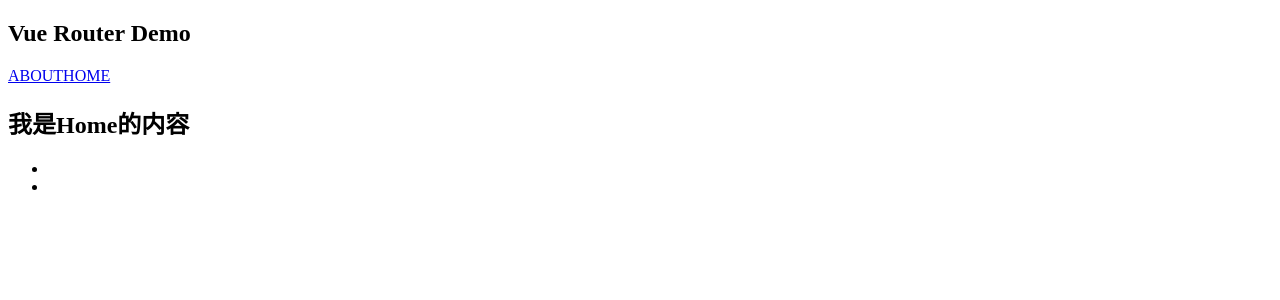
Repository: 13067902180/vue2.0study
Page: /#/home
These files come from the project's save history. The page is drawn as it stood at one moment and after the next save; the edit follows.
The browser window is 1280 px wide. The pictures show the whole page.
The project was rebuilt for these pictures with package versions that can differ from the ones it lists, and the page was loaded fresh each time. Also part of the build but not shown: vue.config.js, src/pages/About.vue.

Above is the page before, as saved 2023-03-03 15:32:44.

### public/index.html
<!DOCTYPE html>
<html lang="">
  <head>
    <meta charset="utf-8" />
    <!-- 针对ie浏览器的特殊配置，让ie最高级别渲染页面 -->
    <meta http-equiv="X-UA-Compatible" content="IE=edge" />
    <!-- 开启移动端的理想视口 -->
    <meta name="viewport" content="width=device-width,initial-scale=1.0" />
    <!-- 配置页签图标 <%= BASE_URL %> ==== ./ 怕打包出问题 指的是public所在的路径-->
    <link rel="icon" href="<%= BASE_URL %>favicon.ico" />
    <!-- 映入第三方样式 -->
    <!-- <link rel="stylesheet" href="<%= BASE_URL %>css/1.css" /> -->
    <!-- 配置网页图标  %= htmlWebpackPlugin.options.title % 是webpack里的插件1-->
    <title><%= htmlWebpackPlugin.options.title %></title>
  </head>
  <body>
    <!-- 如果浏览器不支持js 显示 支持就不渲染 -->
    <noscript>
      <strong
        >We're sorry but <%= htmlWebpackPlugin.options.title %> doesn't work
        properly without JavaScript enabled. Please enable it to
        continue.</strong
      >
    </noscript>

    <div id="app"></div>
    <!-- built files will be auto injected -->
  </body>
</html>
<!-- 整个页面的界面 -->

### src/main.js
//引入vue 精简版  正式版是vue.js dist/vue.js
import Vue from 'vue'
import VueRouter from 'vue-router'

//app所有组件的父组件
import App from './App.vue'
import router from './router'

Vue.use(VueRouter)

Vue.config.productionTip = false
// 创建vue实例对象  ---vm
new Vue({
  // 将app组件放入容器中
  render: h => h(App),

  router: router,
}).$mount('#app')

### src/App.vue
<template>
  <div>
    <div class="row">
      <Banner></Banner>
    </div>
    <div class="row">
      <div class="col-xs-offset-2 col-xs-2">
        <div class="list-group">
          <!-- 原始html中我们使用a标签实现页面跳转 -->
          <!-- <a href="./about.html" class="list-group-item active" >ABOUT</a> -->
          <!-- <a href="./home/html" class="list-group-item">HOME</a> -->
          <router-link class="list-group-item" active-class="active" to="/about"
            >ABOUT</router-link
          >
          <router-link class="list-group-item" active-class="active" to="/home"
            >HOME</router-link
          >
        </div>
      </div>
      <div class="col-xs-6">
        <div class="panel">
          <div class="panel-body">
            <!-- 指定组件的呈现位置 -->
            <router-view></router-view>
          </div>
        </div>
      </div>
    </div>
  </div>
</template>

<script>
// 引入组件  组件全放到components
import Banner from "./components/Banner.vue";
export default {
  name: "App",
  components: {
    Banner,
  },
};
</script>

<style>
</style>

### src/router/index.js
// 该文件专门用于创建整个应用的路由器


import VueRouter from "vue-router";
import About from '../pages/About.vue'
import Home from '../pages/Home.vue'
// 创建并暴露一个路由器
export default new VueRouter({
    routes: [{
        path: '/about',
        component: About,
    },
    {
        path: '/home',
        component: Home,
    },
    ]
})

### src/components/Banner.vue
<template>
  <div class="col-xs-offset-2 col-xs-8">
    <div class="page-header"><h2>Vue Router Demo</h2></div>
  </div>
</template>

<script>
export default {
  // eslint-disable-next-line vue/multi-word-component-names
  name: "Banner",
};
</script>

<style>
</style>

### src/pages/Home.vue
<template>
  <div>
    <h2>我是Home的内容</h2>
    <div>
      <ul>
        <li></li>
        <li></li>
      </ul>
    </div>
  </div>
</template>

<script>
export default {
  // eslint-disable-next-line vue/multi-word-component-names
  name: "Home",
  // beforeDestroy() {
  //   console.log("Home组件即将被销毁");
  // },
  // mounted() {
  //   console.log("Home组件挂载完毕");
  // },
};
</script>

<style>
</style>

After the next save:
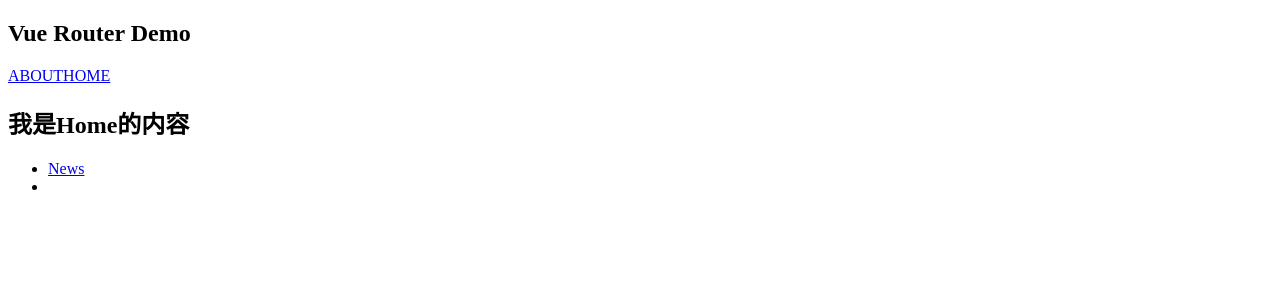
Saved 58 s later.
--- a/src/pages/Home.vue
+++ b/src/pages/Home.vue
@@ -2,8 +2,8 @@
   <div>
     <h2>我是Home的内容</h2>
     <div>
-      <ul>
-        <li></li>
+      <ul class="nav nav-tabs">
+        <li><a href="./home-news.html" class="list-group-item">News</a></li>
         <li></li>
       </ul>
     </div>
